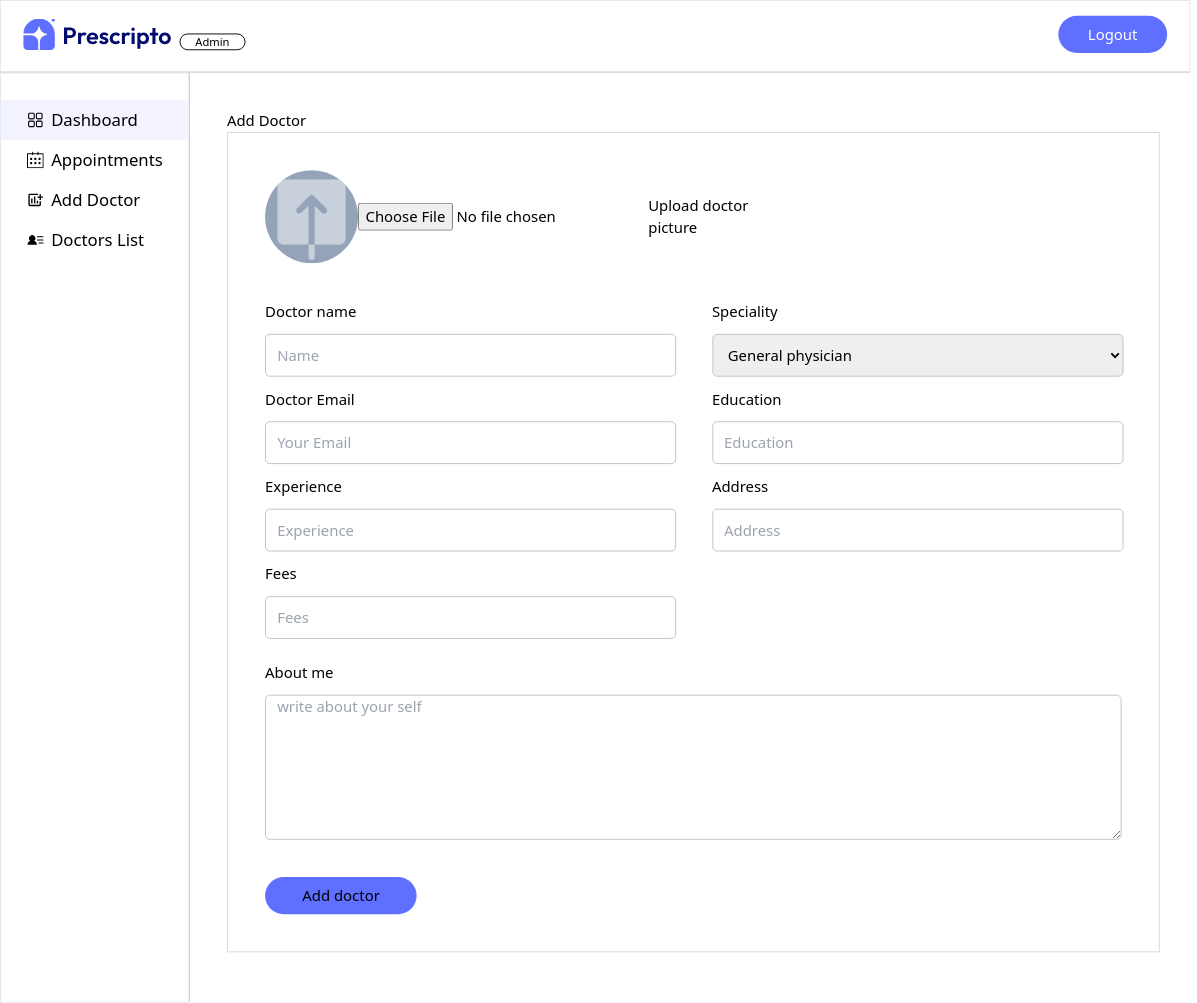
Repository: AzizHamdi99/Prescripto
Page: /addDoctor (app in AdminPanel/)
The author's editor kept a copy of each file at every save. The page is drawn from the files as they stood at one save, then again after the next save.
The browser window is 1280 px wide. The page is 1287 px wide, so the pictures cover 1287 px, including what lies to the right of the window. The pictures show the whole page, at 93% of full size.
The project was rebuilt for these pictures with package versions that can differ from the ones it lists, and the page was loaded fresh each time. Also part of the build but not shown: AdminPanel/vite.config.js.

Above is the page before, as saved 2025-01-02 15:35:01.

### AdminPanel/src/main.jsx
import { StrictMode } from 'react'
import { createRoot } from 'react-dom/client'
import './index.css'
import App from './App.jsx'
import { BrowserRouter } from "react-router-dom";

createRoot(document.getElementById('root')).render(
  <BrowserRouter>
    <App />
  </BrowserRouter>,
)

### AdminPanel/src/App.jsx
import { useState } from 'react'
import{Route,Routes} from 'react-router-dom'

import './App.css'
import Navbar from './componants/Navbar'
import SideBar from './componants/SideBar'
import AddDoctor from './componants/AddDoctor'

function App() {


  return (
    <div>
      <Navbar/>
      <div className='flex'>
      <SideBar/>
      <Routes>
      <Route path='/addDoctor' element={<AddDoctor/>}/>
      </Routes>
      </div>
    </div>

  )
}

export default App

### AdminPanel/src/componants/Navbar.jsx
import React from 'react'
import { assets } from '../../../frontend/src/assets/assets_frontend/assets'

function Navbar() {
  return (
    <div className='flex items-center justify-between px-6 py-4 pb-5 border-b-[#BEBEBE] border-[1px]  '>
        <div className='flex items-center justify-center'>
        <img src={assets.logo} alt="" className=' w-40 mr-2'  />
         <p className=' px-4 border-black border 1 rounded-xl font-light text-xs relative top-2'>Admin</p>
                </div>
        <span className='py-2 px-8 rounded-3xl bg-[#5F6FFF] text-white'>Logout</span>



    </div>
  )
}

export default Navbar

### AdminPanel/src/componants/SideBar.jsx
import React from 'react'
import { assets } from '../../../frontend/src/assets/assets_frontend/assets'
import { RxDashboard } from "react-icons/rx";
import { SlCalender } from "react-icons/sl";
import { MdAddChart } from "react-icons/md";
import { PiUserListFill } from "react-icons/pi";
import { useNavigate } from 'react-router-dom';


function SideBar() {
  const navigate=useNavigate();
  return (
    <div className='flex flex-col py-7 w-72 text-[18px] border-r-[#BEBEBE] border-[1px] h-[1000px]'>
        <div className='flex items-center gap-2  px-7 py-2 bg-[#F2F3FF] cursor-pointer'>
        <RxDashboard />
        <p>Dashboard</p>
        </div>
        <div className='flex items-center gap-2 px-7 py-2  cursor-pointer' >
        <SlCalender />
        <p>Appointments</p>
        </div>
        <div onClick={()=>navigate("/addDoctor")} className='flex items-center gap-2 px-7 py-2  cursor-pointer'>
        <MdAddChart />
        <p>Add Doctor</p>
        </div>
        <div className='flex items-center gap-2 px-7 py-2  cursor-pointer'>
        <PiUserListFill />
        <p>Doctors List</p>
        </div>

    </div>
  )
}

export default SideBar

### AdminPanel/src/componants/AddDoctor.jsx
import React from 'react'
import { assets } from '../../../frontend/src/assets/assets_frontend/assets'
import { specialityData } from '../../../frontend/src/assets/assets_frontend/assets'

function AddDoctor() {
  return (
    <div className='p-10'>
        <p>Add Doctor</p>
        <form action="" className='border-[1px] border-[#D8D8D8] p-10'>
            <div className='flex items-center'>
                <img className='bg-slate-400 rounded-[50%]' src={assets.upload_icon} alt="" />
                <input type="file" name="image" id="" />
                <p>Upload doctor <br /> picture</p>

            </div>
            <div className='grid grid-cols-2 gap-10 mt-10'>
                <div className='flex flex-col gap-3'>

                            <label htmlFor="">Doctor name</label>
                            <input type="text" placeholder='Name' className='w-[442px] h-[46px] rounded-[5px] border-[1.5px] border-[#C1C1C1] px-3' />


                            <label htmlFor="">Doctor Email</label>
                            <input type="email" placeholder='Your Email' className='w-[442px] h-[46px] rounded-[5px] border-[1.5px] border-[#C1C1C1] px-3' />



                            <label htmlFor=""> Experience</label>
                            <input type="number" placeholder='Experience'  className='w-[442px] h-[46px] rounded-[5px] border-[1.5px] border-[#C1C1C1] px-3'/>


                            <label htmlFor="">Fees</label>
                            <input type="number" placeholder='Fees' className='w-[442px] h-[46px] rounded-[5px] border-[1.5px] border-[#C1C1C1] px-3'/>

                </div>
                <div className='flex flex-col gap-3'>
                    <label htmlFor="">Speciality</label>
                    <select className='w-[442px] h-[46px] rounded-[5px] border-[1.5px] border-[#C1C1C1] px-3' name="" id="">
                        {specialityData.map((item,key)=>(
                            <option  value="">{item.speciality}</option>
                        ))}


                    </select>

                            <label htmlFor="">Education</label>
                            <input className='w-[442px] h-[46px] rounded-[5px] border-[1.5px] border-[#C1C1C1] px-3' type="text" placeholder='Education' />


                            <label htmlFor="">Address</label>
                            <input className='w-[442px] h-[46px] rounded-[5px] border-[1.5px] border-[#C1C1C1] px-3' type="number" placeholder='Address' />



                </div>
            </div>
            <div className='mt-6 flex flex-col gap-3'>

                         <label htmlFor="">About me </label>
                        <textarea className='w-[921px] h-[156px] rounded-[5px] border-[1.5px] border-[#C1C1C1] px-3' name="" id="" placeholder='write about your self'></textarea>

            </div>
            <button className='mt-10 bg-[#5F6FFF] px-10 py-2 rounded-[47px]'>Add doctor</button>







        </form>


    </div>
  )
}

export default AddDoctor

### frontend/src/assets/assets_frontend/assets.js
import appointment_img from './appointment_img.png'
import header_img from './header_img.png'
import group_profiles from './group_profiles.png'
import profile_pic from './profile_pic.png'
import contact_image from './contact_image.png'
import about_image from './about_image.png'
import logo from './logo.svg'
import dropdown_icon from './dropdown_icon.svg'
import dropup_icon from './arrow-drop-up.svg'
import menu_icon from './menu_icon.svg'
import cross_icon from './cross_icon.png'
import chats_icon from './chats_icon.svg'
import verified_icon from './verified_icon.svg'
import arrow_icon from './arrow_icon.svg'
import info_icon from './info_icon.svg'
import upload_icon from './upload_icon.png'
import stripe_logo from './stripe_logo.png'
import razorpay_logo from './razorpay_logo.png'
import doc1 from './doc1.png'
import doc2 from './doc2.png'
import doc3 from './doc3.png'
import doc4 from './doc4.png'
import doc5 from './doc5.png'
import doc6 from './doc6.png'
import doc7 from './doc7.png'
import doc8 from './doc8.png'
import doc9 from './doc9.png'
import doc10 from './doc10.png'
import doc11 from './doc11.png'
import doc12 from './doc12.png'
import doc13 from './doc13.png'
import doc14 from './doc14.png'
import doc15 from './doc15.png'
import Dermatologist from './Dermatologist.svg'
import Gastroenterologist from './Gastroenterologist.svg'
import General_physician from './General_physician.svg'
import Gynecologist from './Gynecologist.svg'
import Neurologist from './Neurologist.svg'
import Pediatricians from './Pediatricians.svg'


export const assets = {
    appointment_img,
    header_img,
    group_profiles,
    logo,
    chats_icon,
    verified_icon,
    info_icon,
    profile_pic,
    arrow_icon,
    contact_image,
    about_image,
    menu_icon,
    cross_icon,
    dropdown_icon,
    upload_icon,
    stripe_logo,
    razorpay_logo,
    dropup_icon
}

export const specialityData = [
    {
        speciality: 'General physician',
        image: General_physician
    },
    {
        speciality: 'Gynecologist',
        image: Gynecologist
    },
    {
        speciality: 'Dermatologist',
        image: Dermatologist
    },
    {
        speciality: 'Pediatricians',
        image: Pediatricians
    },
    {
        speciality: 'Neurologist',
        image: Neurologist
    },
    {
        speciality: 'Gastroenterologist',
        image: Gastroenterologist
    },
]

export const doctors = [
    {
        _id: 'doc1',
        name: 'Dr. Richard James',
        image: doc1,
        speciality: 'General physician',
        degree: 'MBBS',
        experience: '4 Years',
        about: 'Dr. Davis has a strong commitment to delivering comprehensive medical care, focusing on preventive medicine, early diagnosis, and effective treatment strategies. Dr. Davis has a strong commitment to delivering comprehensive medical care, focusing on preventive medicine, early diagnosis, and effective treatment strategies.',
        fees: 50,
        address: {
            line1: '17th Cross, Richmond',
            line2: 'Circle, Ring Road, London'
        }
    },
    {
        _id: 'doc2',
        name: 'Dr. Emily Larson',
        image: doc2,
        speciality: 'Gynecologist',
        degree: 'MBBS',
        experience: '3 Years',
        about: 'Dr. Davis has a strong commitment to delivering comprehensive medical care, focusing on preventive medicine, early diagnosis, and effective treatment strategies. Dr. Davis has a strong commitment to delivering comprehensive medical care, focusing on preventive medicine, early diagnosis, and effective treatment strategies.',
        fees: 60,
        address: {
            line1: '27th Cross, Richmond',
            line2: 'Circle, Ring Road, London'
        }
    },
    {
        _id: 'doc3',
        name: 'Dr. Sarah Patel',
        image: doc3,
        speciality: 'Dermatologist',
        degree: 'MBBS',
        experience: '1 Years',
        about: 'Dr. Davis has a strong commitment to delivering comprehensive medical care, focusing on preventive medicine, early diagnosis, and effective treatment strategies. Dr. Davis has a strong commitment to delivering comprehensive medical care, focusing on preventive medicine, early diagnosis, and effective treatment strategies.',
        fees: 30,
        address: {
            line1: '37th Cross, Richmond',
            line2: 'Circle, Ring Road, London'
        }
    },
    {
        _id: 'doc4',
        name: 'Dr. Christopher Lee',
        image: doc4,
        speciality: 'Pediatricians',
        degree: 'MBBS',
        experience: '2 Years',
        about: 'Dr. Davis has a strong commitment to delivering comprehensive medical care, focusing on preventive medicine, early diagnosis, and effective treatment strategies. Dr. Davis has a strong commitment to delivering comprehensive medical care, focusing on preventive medicine, early diagnosis, and effective treatment strategies.',
        fees: 40,
        address: {
            line1: '47th Cross, Richmond',
            line2: 'Circle, Ring Road, London'
        }
    },
    {
        _id: 'doc5',
        name: 'Dr. Jennifer Garcia',
        image: doc5,
        speciality: 'Neurologist',
        degree: 'MBBS',
        experience: '4 Years',
        about: 'Dr. Davis has a strong commitment to delivering comprehensive medical care, focusing on preventive medicine, early diagnosis, and effective treatment strategies. Dr. Davis has a strong commitment to delivering comprehensive medical care, focusing on preventive medicine, early diagnosis, and effective treatment strategies.',
        fees: 50,
        address: {
            line1: '57th Cross, Richmond',
            line2: 'Circle, Ring Road, London'
        }
    },
    {
        _id: 'doc6',
        name: 'Dr. Andrew Williams',
        image: doc6,
        speciality: 'Neurologist',
        degree: 'MBBS',
        experience: '4 Years',
        about: 'Dr. Davis has a strong commitment to delivering comprehensive medical care, focusing on preventive medicine, early diagnosis, and effective treatment strategies. Dr. Davis has a strong commitment to delivering comprehensive medical care, focusing on preventive medicine, early diagnosis, and effective treatment strategies.',
        fees: 50,
        address: {
            line1: '57th Cross, Richmond',
            line2: 'Circle, Ring Road, London'
        }
    },
    {
        _id: 'doc7',
        name: 'Dr. Christopher Davis',
        image: doc7,
        speciality: 'General physician',
        degree: 'MBBS',
        experience: '4 Years',
        about: 'Dr. Davis has a strong commitment to delivering comprehensive medical care, focusing on preventive medicine, early diagnosis, and effective treatment strategies. Dr. Davis has a strong commitment to delivering comprehensive medical care, focusing on preventive medicine, early diagnosis, and effective treatment strategies.',
        fees: 50,
        address: {
            line1: '17th Cross, Richmond',
            line2: 'Circle, Ring Road, London'
        }
    },
    {
        _id: 'doc8',
        name: 'Dr. Timothy White',
        image: doc8,
        speciality: 'Gynecologist',
        degree: 'MBBS',
        experience: '3 Years',
        about: 'Dr. Davis has a strong commitment to delivering comprehensive medical care, focusing on preventive medicine, early diagnosis, and effective treatment strategies. Dr. Davis has a strong commitment to delivering comprehensive medical care, focusing on preventive medicine, early diagnosis, and effective treatment strategies.',
        fees: 60,
        address: {
            line1: '27th Cross, Richmond',
            line2: 'Circle, Ring Road, London'
        }
    },
    {
        _id: 'doc9',
        name: 'Dr. Ava Mitchell',
        image: doc9,
        speciality: 'Dermatologist',
        degree: 'MBBS',
        experience: '1 Years',
        about: 'Dr. Davis has a strong commitment to delivering comprehensive medical care, focusing on preventive medicine, early diagnosis, and effective treatment strategies. Dr. Davis has a strong commitment to delivering comprehensive medical care, focusing on preventive medicine, early diagnosis, and effective treatment strategies.',
        fees: 30,
        address: {
            line1: '37th Cross, Richmond',
            line2: 'Circle, Ring Road, London'
        }
    },
    {
        _id: 'doc10',
        name: 'Dr. Jeffrey King',
        image: doc10,
        speciality: 'Pediatricians',
        degree: 'MBBS',
        experience: '2 Years',
        about: 'Dr. Davis has a strong commitment to delivering comprehensive medical care, focusing on preventive medicine, early diagnosis, and effective treatment strategies. Dr. Davis has a strong commitment to delivering comprehensive medical care, focusing on preventive medicine, early diagnosis, and effective treatment strategies.',
        fees: 40,
        address: {
            line1: '47th Cross, Richmond',
            line2: 'Circle, Ring Road, London'
        }
    },
    {
        _id: 'doc11',
        name: 'Dr. Zoe Kelly',
        image: doc11,
        speciality: 'Neurologist',
        degree: 'MBBS',
        experience: '4 Years',
        about: 'Dr. Davis has a strong commitment to delivering comprehensive medical care, focusing on preventive medicine, early diagnosis, and effective treatment strategies. Dr. Davis has a strong commitment to delivering comprehensive medical care, focusing on preventive medicine, early diagnosis, and effective treatment strategies.',
        fees: 50,
        address: {
            line1: '57th Cross, Richmond',
            line2: 'Circle, Ring Road, London'
        }
    },
    {
        _id: 'doc12',
        name: 'Dr. Patrick Harris',
        image: doc12,
        speciality: 'Neurologist',
        degree: 'MBBS',
        experience: '4 Years',
        about: 'Dr. Davis has a strong commitment to delivering comprehensive medical care, focusing on preventive medicine, early diagnosis, and effective treatment strategies. Dr. Davis has a strong commitment to delivering comprehensive medical care, focusing on preventive medicine, early diagnosis, and effective treatment strategies.',
        fees: 50,
        address: {
            line1: '57th Cross, Richmond',
            line2: 'Circle, Ring Road, London'
        }
    },
    {
        _id: 'doc13',
        name: 'Dr. Chloe Evans',
        image: doc13,
        speciality: 'General physician',
        degree: 'MBBS',
        experience: '4 Years',
        about: 'Dr. Davis has a strong commitment to delivering comprehensive medical care, focusing on preventive medicine, early diagnosis, and effective treatment strategies. Dr. Davis has a strong commitment to delivering comprehensive medical care, focusing on preventive medicine, early diagnosis, and effective treatment strategies.',
        fees: 50,
        address: {
            line1: '17th Cross, Richmond',
            line2: 'Circle, Ring Road, London'
        }
    },
    {
        _id: 'doc14',
        name: 'Dr. Ryan Martinez',
        image: doc14,
        speciality: 'Gynecologist',
        degree: 'MBBS',
        experience: '3 Years',
        about: 'Dr. Davis has a strong commitment to delivering comprehensive medical care, focusing on preventive medicine, early diagnosis, and effective treatment strategies. Dr. Davis has a strong commitment to delivering comprehensive medical care, focusing on preventive medicine, early diagnosis, and effective treatment strategies.',
        fees: 60,
        address: {
            line1: '27th Cross, Richmond',
            line2: 'Circle, Ring Road, London'
        }
    },
    {
        _id: 'doc15',
        name: 'Dr. Amelia Hill',
        image: doc15,
        speciality: 'Dermatologist',
        degree: 'MBBS',
        experience: '1 Years',
        about: 'Dr. Davis has a strong commitment to delivering comprehensive medical care, focusing on preventive medicine, early diagnosis, and effective treatment strategies. Dr. Davis has a strong commitment to delivering comprehensive medical care, focusing on preventive medicine, early diagnosis, and effective treatment strategies.',
        fees: 30,
        address: {
            line1: '37th Cross, Richmond',
            line2: 'Circle, Ring Road, London'
        }
    },
]

Loaded but not shown: AdminPanel/index.html (common file); AdminPanel/src/index.css (common file); AdminPanel/tailwind.config.js (common file); AdminPanel/src/App.css (no stored copy; drawn as an empty file)

After the next save:
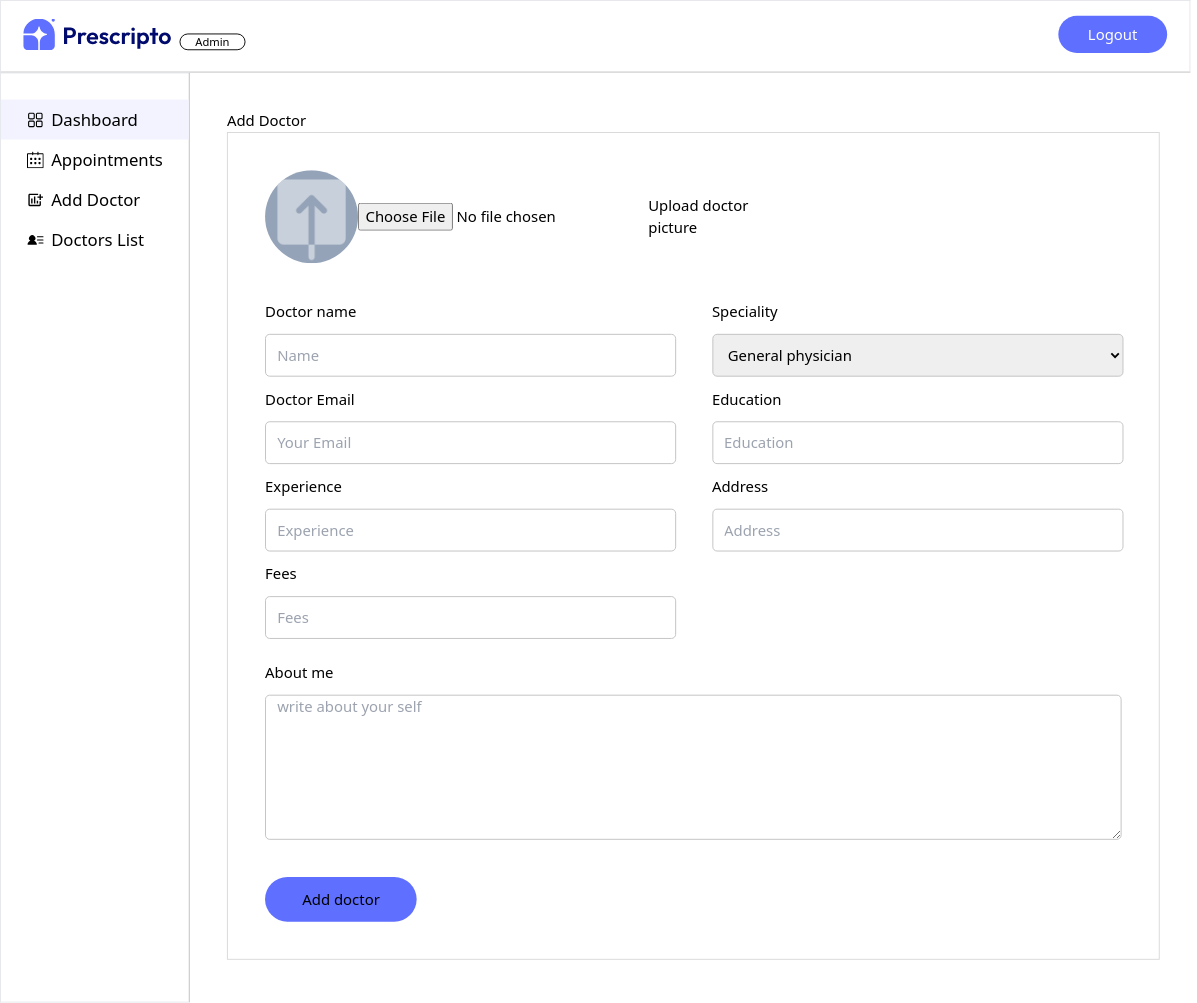
Saved 6 s later.
--- a/AdminPanel/src/componants/AddDoctor.jsx
+++ b/AdminPanel/src/componants/AddDoctor.jsx
@@ -60,7 +60,7 @@
                         <textarea className='w-[921px] h-[156px] rounded-[5px] border-[1.5px] border-[#C1C1C1] px-3' name="" id="" placeholder='write about your self'></textarea>
 
             </div>
-            <button className='mt-10 bg-[#5F6FFF] px-10 py-2 rounded-[47px]'>Add doctor</button>
+            <button className='mt-10 bg-[#5F6FFF] px-10 py-3 rounded-[47px]'>Add doctor</button>
 
 
 
